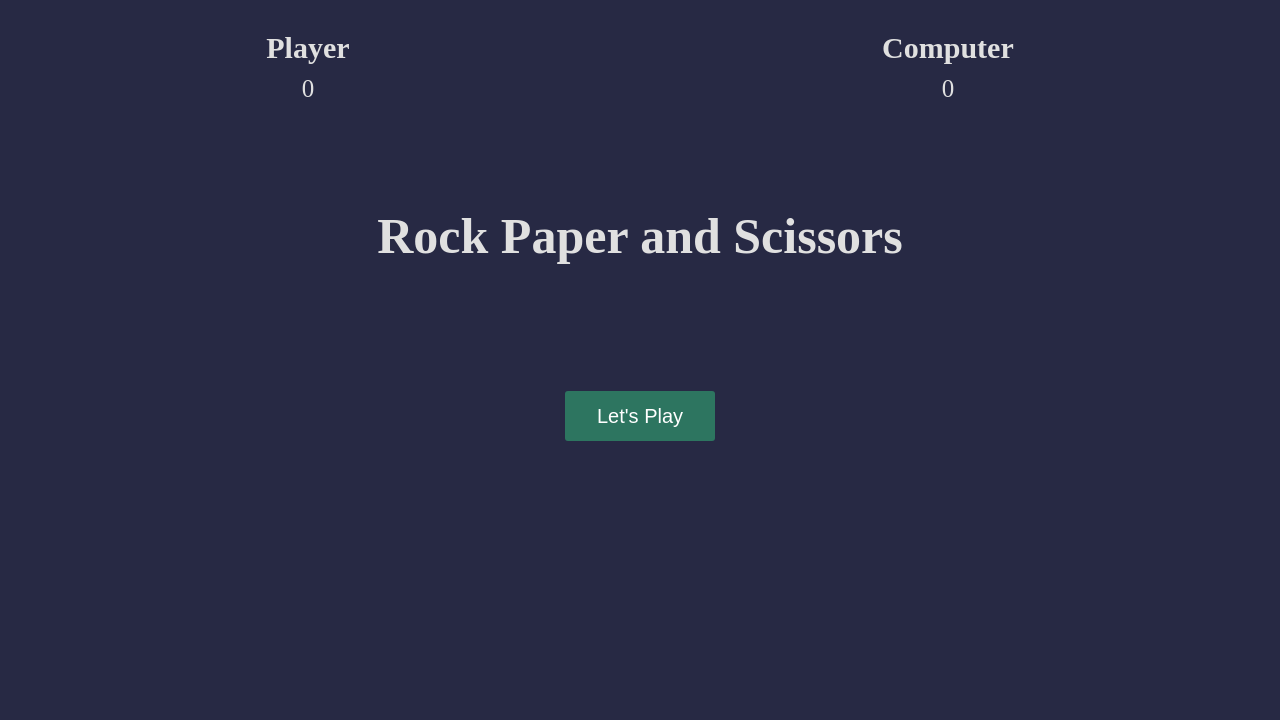
Repository: issaRan/Rock-Paper-Scissors
Page: index.html
The author's editor kept a copy of each file at every save. The page is drawn from the files as they stood at one save, then again after the next save.
The browser window is 1280 px wide. The pictures show the whole page.

Above is the page before, as saved 2020-10-24 00:07:26.

After the next save:
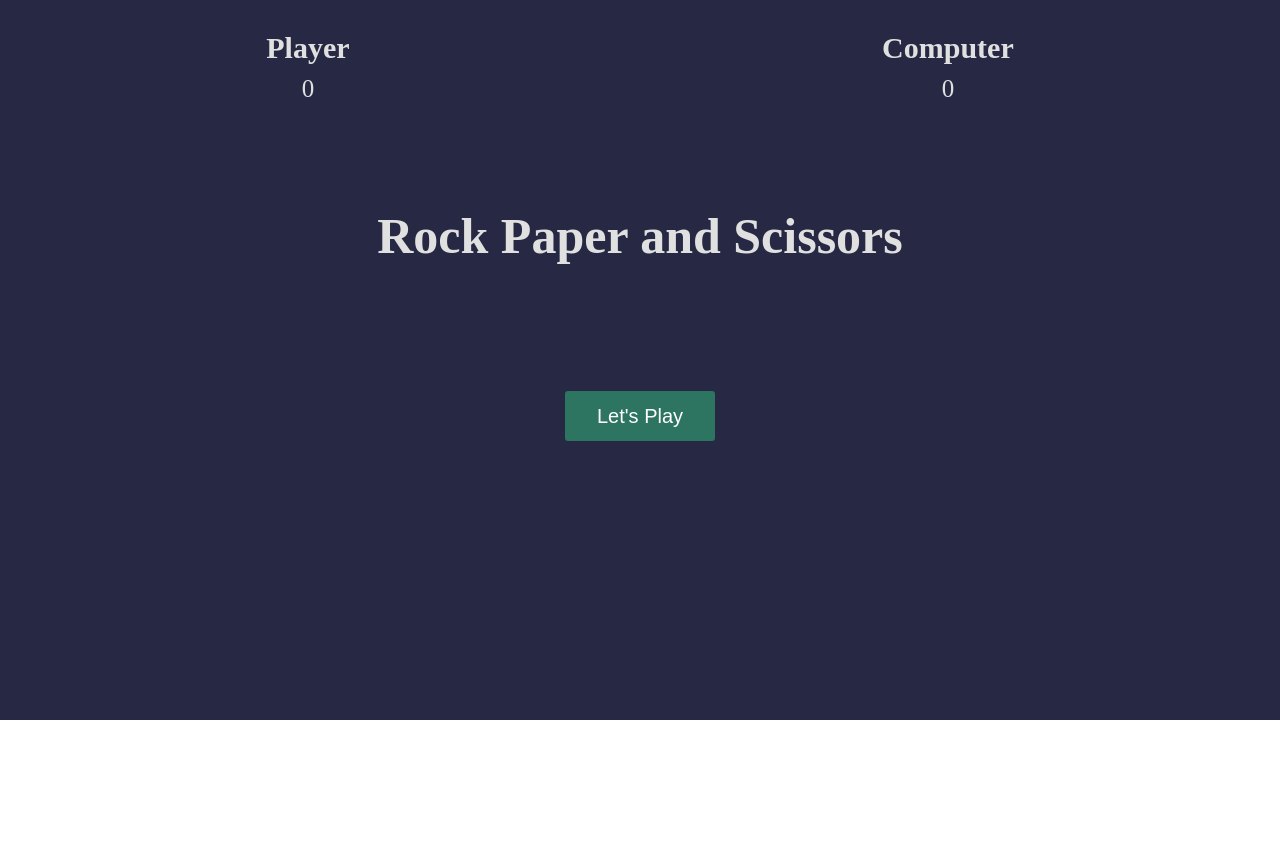
Saved 7 s later.
--- a/index.html
+++ b/index.html
@@ -34,7 +34,7 @@
                 <button class="scissors">scissors</button>
             </div>
         </div>
-        <div class="match fadeOut">
+        <div class="result fadeOut">
             <div class="winner">Choose an option</div>
             <div class="hands">
                 <img class="player-hand" src="assets/rock.png" alt="">

After the 2 saves that followed:
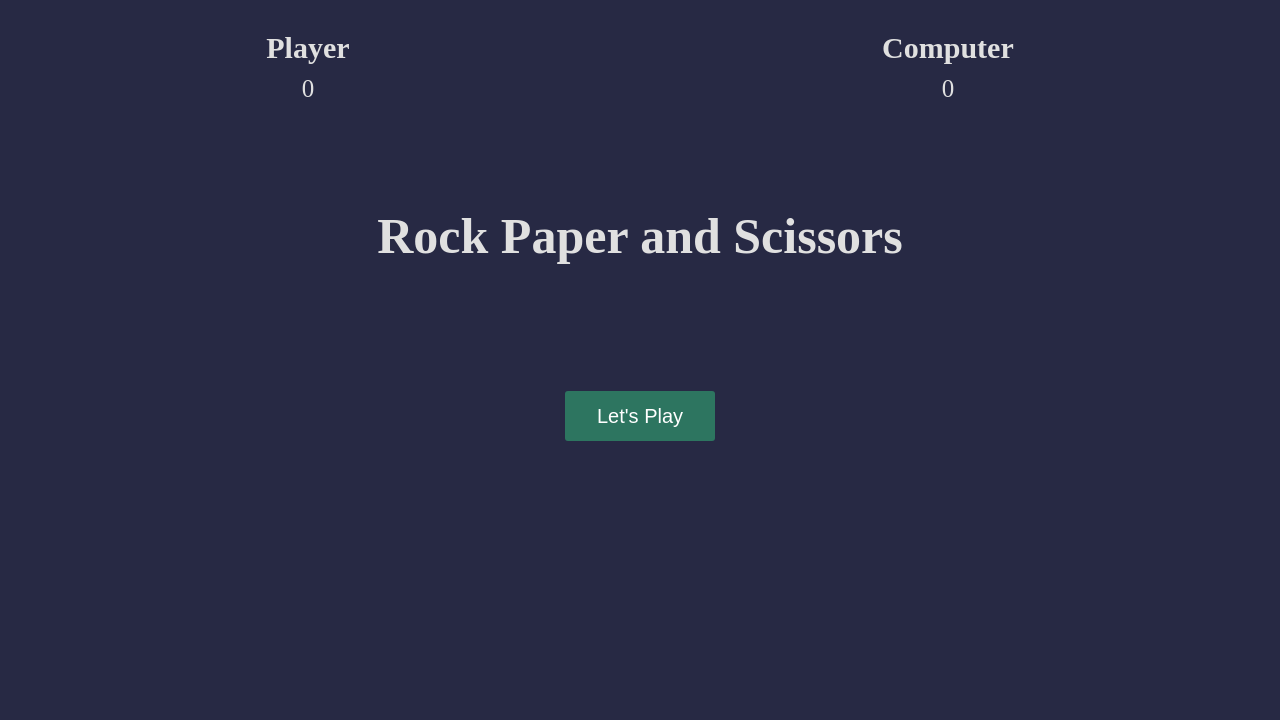
The 2 saves are shown as one change because they came seconds apart.
The last was saved 26 s later.
--- a/index.html
+++ b/index.html
@@ -35,16 +35,7 @@
             </div>
         </div>
         <div class="result fadeOut">
-            <div class="winner">Choose an option</div>
-            <div class="hands">
-                <img class="player-hand" src="assets/rock.png" alt="">
-                <img class="computer-hand" src="assets/rock.png" alt="">
-            </div>
-            <div class="options">
-                <button class="rock">rock</button>
-                <button class="paper">paper</button>
-                <button class="scissors">scissors</button>
-            </div>
+            <div class="theWinner"></div>
         </div>
     </section>
     <script src="app.js"></script>
